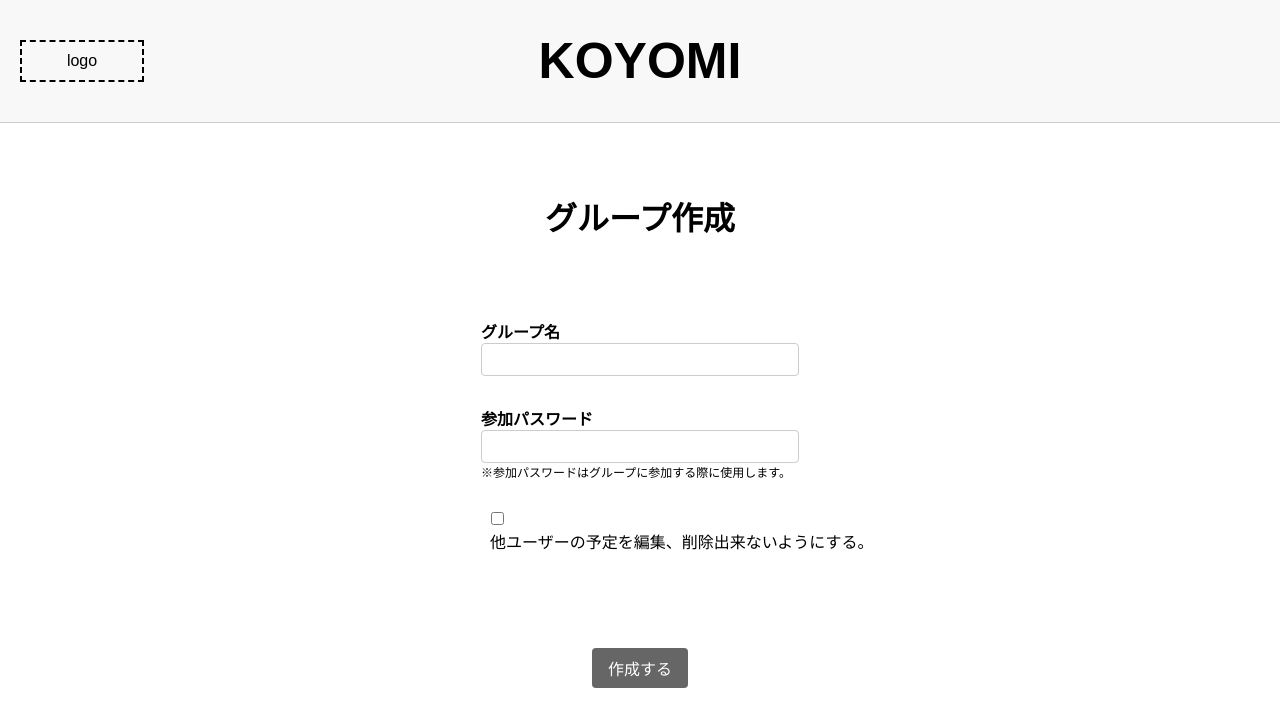
Repository: teramu0602/koyomi
Page: http://localhost/groups
An editor plug-in stored every save of this project. The page is shown before and after the next save, followed by the edit.
The browser window is 1280 px wide. The pictures show the whole page.
Some web fonts or font styles are not loaded; a fallback is used. The page is served by the project's Laravel application, run on PHP 8.4 with Laravel 9. Other server files are loaded and not shown.

Above is the page before, as saved 2025-04-29 13:00:45.

### routes/web.php
<?php

use Illuminate\Support\Facades\Route;
use App\Http\Controllers\CalendarController;
use App\Http\Controllers\PostController;
use App\Http\Controllers\Auth\LoginController;
use App\Http\Controllers\Auth\RegisterController;
use Illuminate\Support\Facades\Auth;
use App\Http\Controllers\CreateGroupController;
use App\Http\Controllers\JoinController;
use App\Http\Controllers\GroupController;
use App\Http\Controllers\ScheduleController;

/*
|--------------------------------------------------------------------------
| Web Routes
|--------------------------------------------------------------------------
|
| Here is where you can register web routes for your application. These
| routes are loaded by the RouteServiceProvider within a group which
| contains the "web" middleware group. Now create something great!
|
*/

Route::get('/', function () {
    return view('welcome');
});

Route::get('/admin', function () {
    return view('layouts/admin_calender');
});



Route::post('/register', [RegisterController::class, 'register'])->name('register');


//ログイン状態を見て、用意したログインページへいく
Route::post('/custom-login', [LoginController::class, 'login'])->name('custom.login.submit');
Route::get('/custom-login', function () {
    return view('admin/login');
})->name('custom.login');

Route::get('/signup', function () {
    return view('admin/signup');
});

Route::get('/admin/home', function () {
    return view('calender/home');
});

Route::get('/calendar', [CalendarController::class, 'index'])
    ->name('calendar')
    ->middleware('auth');


Route::get('/group_home',function () {
    return view('calender.group_home');
})->name('grouphome');
Route::get('/group_home/{id}', [GroupController::class, 'show'])->name('group.home');
Route::get('/group_home/{id}/{year}/{month}', [GroupController::class, 'show'])->name('admin.group.calendar.show');

Route::get('/admin/home', [CalendarController::class, 'index']);
Route::get('/admin/home/{year}/{month}', [CalendarController::class, 'show' ])->name('admin.calendar.show');


Route::get('/grouplist', [CreateGroupController::class, 'index'])->name('groups.list');
Route::delete('/groups/{group}/leave', [GroupController::class, 'leaveGroup'])->name('groups.leave');

Route::get('/create_group', function () {
    return view('admin/create_group');
});

//カレンダーグループ作成
Route::post('/groups', [CalendarController::class, 'store'])->name('groups.store');
Route::get('/groups', function () {
    return view('admin/create_group');
})->name('groupcreate');

Auth::routes();

//ドロップダウンのログアウトでログインへ行く
Route::post('/logout', function () {
    Auth::logout();
    return redirect()->route('custom.login');
})->name('logout');


//ジョイン画面　試し
Route::post('/join', [JoinController::class, 'store'])->name('join.store');
Route::get('/join', function () {
    return view('admin.join_group');
})->name('groupjoin');

Route::get('/groups/{group}/edit', [GroupController::class, 'edit'])->name('groups.edit');
Route::put('/groups/{group}', [GroupController::class, 'update'])->name('groups.update');
Route::delete('/groups/{group}/users/{user}', [GroupController::class, 'removeUser'])->name('groups.removeUser');



Route::get('/edit', function () {
    return view('admin.edit_group');
})->name('groupedit');

//スケジュール作成画面
Route::get('/create_schedule', function () {
    return view('admin/create_schedule');
})->name('createschedule');
Route::post('/create_schedule/store', [ScheduleController::class, 'store'])->name('schedule.store');
//グループ用のスケジュール作成画面
Route::get('/create_schedule_group/{group_id}', [CalendarController::class, 'groupCalendarAdd'])->name('groupCalendarAdd');

Route::post('/create_schedule/store/group', [ScheduleController::class, 'storeGroup'])->name('group.schedule.store');

//show1 名前変更
Route::get('/event/{id}', [GroupController::class, 'showEvent'])->name('group.details');

// 編集画面の表示（フォームを出す）
Route::get('/event/{id}/edit', [ScheduleController::class, 's_edit'])->name('group.edit');

// 編集内容を保存する（フォーム送信先）
Route::put('/event/{id}', [ScheduleController::class, 's_update'])->name('group.update');


Route::delete('/event/{id}', [ScheduleController::class, 'destroy'])->name('group.destroy');

### resources/views/admin/create_group.blade.php
@extends('layouts.admin_calender')
@section('title', 'グループ作成')

@section('content')

    <h1 class="h1">グループ作成</h1>
    <div class="joinctn">
    <form class="form" action="{{ route('groups.store') }}" method="POST">
        @csrf
        <div>
            <label for="group_name">グループ名</label>
            </br>
            <input type="text" id="group_name" name="group_name" required>
        </div>

        <div>
            <label for="join_id">参加パスワード</label>
            </br>
            <input type="number" id="join_id" name="join_id" required>
            </br>
            <p class="p_c">※参加パスワードはグループに参加する際に使用します。</p>
        </div>
        <div class="w400">
            <input class = "check_box" type="checkbox" id="edit_flg" name="edit_flg" value="1">
            <label class="label_n" for="edit_flg">他ユーザーの予定を編集、削除出来ないようにする。</label>
        </div>
        </div>
        <button type="submit">作成する</button>
    </form>
        @error('group_name')
            <p style="color: red;">{{ $message }}</p>
        @enderror
        @error('join_id')
            <p style="color: red;">{{ $message }}</p>
        @enderror
@endsection

### resources/views/layouts/admin_calender.blade.php
<!DOCTYPE html>
<html lang="{{ app()->getLocale() }}">

<head>
    <meta charset="utf-8">
    <meta http-equiv="X-UA-Compatible" content="IE=edge">
    <meta name="viewport" content="width=device-width, initial-scale=1">
    <meta name="csrf-token" content="{{ csrf_token() }}">

    <title>@yield('title')</title>

    <script src="{{ asset('js/app.js') }}" defer></script>

    <link rel="dns-prefetch" href="https://fonts.gstatic.com">
    <link href="https://fonts.googleapis.com/css?family=Raleway:300,400,600" rel="stylesheet" type="text/css">

    <link href="{{ asset('css/admin.css') }}" rel="stylesheet">

    @yield('css')


    <!-- ドロップダウンのｃｓｓ-->
<!-- <link href="https://cdnjs.cloudflare.com/ajax/libs/bootstrap/5.3.0/css/bootstrap.min.css" rel="stylesheet">  -->




</head>

<body>
    <header>
        <a class="logo" href="{{ route('calendar') }}">logo</a>
        <h1 class="service-name">KOYOMI</h1>
        @guest

        @else
        <li class="nav-item dropdown">
            <a id="navbarDropdown" class="nav-link dropdown-toggle" href="#" role="button" data-bs-toggle="dropdown" aria-haspopup="true" aria-expanded="false" v-pre>
                {{ Auth::user()->name }}
            </a>

            <div class="dropdown-menu dropdown-menu-end" aria-labelledby="navbarDropdown">
                <a class="dropdown-item" href="{{ route('logout') }}"
                    onclick="event.preventDefault();
                                                     document.getElementById('logout-form').submit();">
                    {{ __('ログアウト') }}
                </a>

                <form id="logout-form" action="{{ route('logout') }}" method="POST" class="d-none">
                    @csrf
                </form>
            </div>

        </li>
        @endguest

    </header>

    <main>
        @yield('content')
    </main>

    <footer>
        @yield('footer')
    </footer>

</body>

</html>

Loaded but not shown: app/Http/Controllers/Auth/ConfirmPasswordController.php (common file); app/Http/Controllers/Controller.php (common file); public/css/admin.css (475 lines, source omitted)

After the next save:
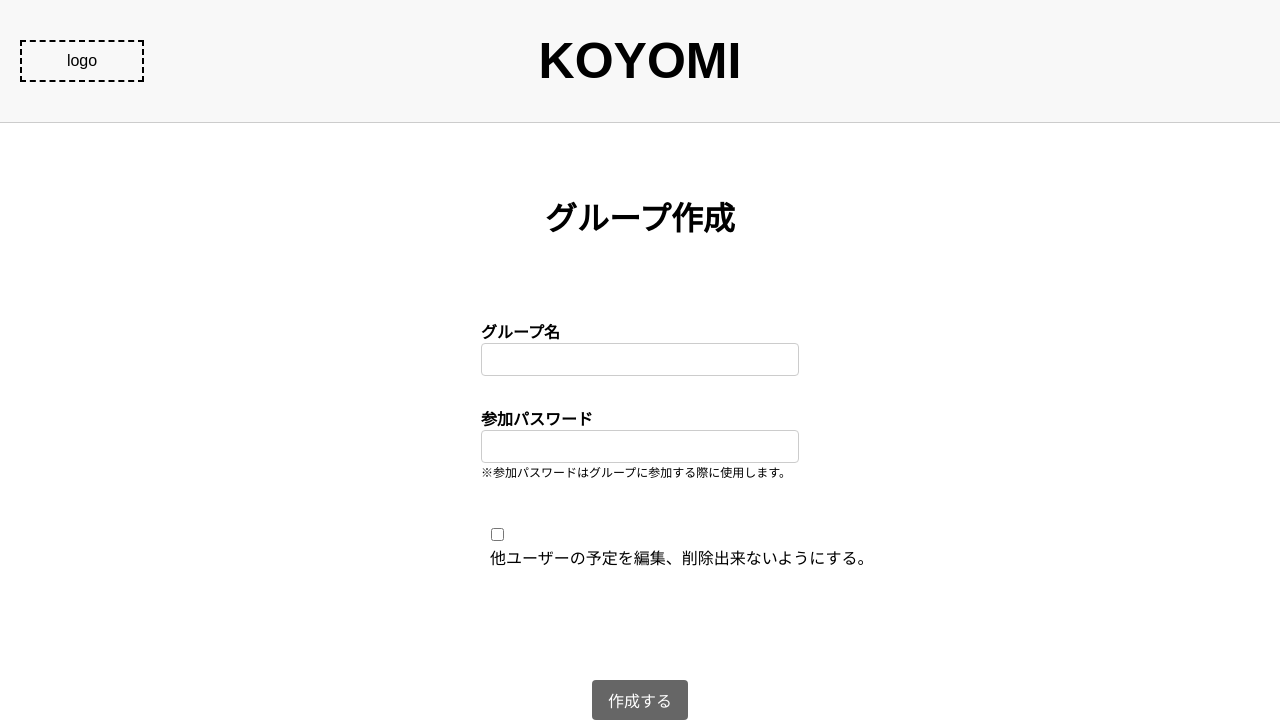
Saved 31 s later.
--- a/resources/views/admin/create_group.blade.php
+++ b/resources/views/admin/create_group.blade.php
@@ -21,8 +21,10 @@
             <p class="p_c">※参加パスワードはグループに参加する際に使用します。</p>
         </div>
         <div class="w400">
-            <input class = "check_box" type="checkbox" id="edit_flg" name="edit_flg" value="1">
-            <label class="label_n" for="edit_flg">他ユーザーの予定を編集、削除出来ないようにする。</label>
+            <p>
+                <input class = "check_box" type="checkbox" id="edit_flg" name="edit_flg" value="1">
+                <label class="label_n" for="edit_flg">他ユーザーの予定を編集、削除出来ないようにする。</label>
+            </p>
         </div>
         </div>
         <button type="submit">作成する</button>
